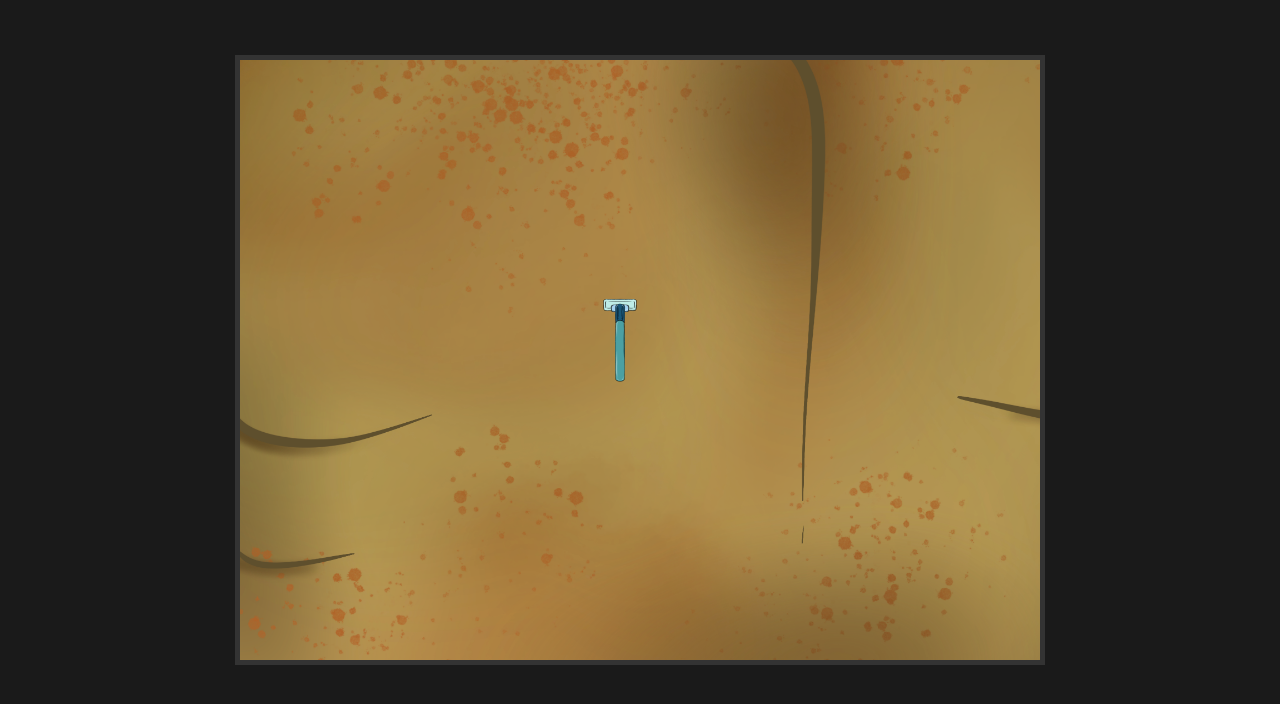
Repository: MaiCrespo/Shave-My-Back
Page: index.html
The author's editor kept a copy of each file at every save. The page is drawn from the files as they stood at one save, then again after the next save.
The browser window is 1280 px wide. The pictures show the whole page.

Above is the page before, as saved 2026-01-26 21:04:58.
Console error: SyntaxError: Identifier 'canvas' has already been declared

### index.html
<!DOCTYPE html>
<html lang="en">
  <head>
    <meta charset="UTF-8" />
    <meta name="viewport" content="width=device-width, initial-scale=1.0" />
    <title>Shave My Back Simulator</title>
    <style>
      body {
        margin: 0;
        display: flex;
        justify-content: center;
        align-items: center;
        height: 100vh;
        background: #1a1a1a;
        cursor: none; /* Hides the default mouse */
        user-select: none;
        overflow: hidden;
      }
      #game-container {
        position: relative;
        width: 800px;
        height: 600px;
        background-image: url("assets/Skin.png"); /* Skin is the bottom layer */
        background-size: cover;
        border: 5px solid #333;
      }
      canvas {
        position: absolute;
        top: 0;
        left: 0;
        z-index: 5;
      }
      #razor {
        position: fixed;
        pointer-events: none;
        width: 100px;
        z-index: 1000;
        transform: translate(-20%, -20%);
      }
      .wound {
        position: absolute;
        pointer-events: none;
        width: 50px;
        z-index: 2; /* Sits on skin, under the hair */
      }
    </style>
  </head>
  <body>
    <img id="razor" src="assets/Razor.png" alt="razor" />

    <div id="game-container">
      <canvas id="hairCanvas"></canvas>
    </div>

    <script src="app.js"></script>
  </body>
</html>

### app.js
const canvas = document.getElementById("gameCanvas");
const ctx = canvas.getContext("2d");
const razor = document.getElementById("razor");

canvas.width = 800; // Match your background image aspect ratio
canvas.height = 600;

const hairImages = [
  "HairOne.png",
  "HairTwo.png",
  "HairThree.png",
  "HairFour.png",
];
const woundImg = new Image();
woundImg.src = "Wound.png";

// 1. Fill the canvas with randomized, overlapping hairs
function initHairs() {
  for (let i = 0; i < 200; i++) {
    const img = new Image();
    img.src = hairImages[Math.floor(Math.random() * hairImages.length)];
    img.onload = () => {
      const x = Math.random() * canvas.width;
      const y = Math.random() * canvas.height;
      ctx.drawImage(img, x, y, 100, 100);
    };
  }
  // Set the blend mode to "erase" for shaving
  ctx.globalCompositeOperation = "destination-out";
}

// 2. Track Mouse/Razor
window.addEventListener("mousemove", (e) => {
  razor.style.left = e.pageX + "px";
  razor.style.top = e.pageY + "px";

  if (e.buttons === 1) {
    // Shave while left-clicking
    shave(e.offsetX, e.offsetY);
  }
});

// 3. Shaving Logic
function shave(x, y) {
  ctx.lineWidth = 40;
  ctx.lineCap = "round";
  ctx.beginPath();
  ctx.moveTo(x, y);
  ctx.lineTo(x, y);
  ctx.stroke();

  // Trigger Wound Logic
  // If user shaves too deep (e.g., clicks/drags in a specific area
  // or stays too long), draw the wound on the background.
  checkInjury(x, y);
}

const canvas = document.getElementById("hairCanvas");
const ctx = canvas.getContext("2d");
const container = document.getElementById("game-container");
const razor = document.getElementById("razor");

canvas.width = 800;
canvas.height = 600;

// Correct paths based on your assets folder
const hairFiles = [
  "assets/HairOne.png",
  "assets/HairTwo.png",
  "assets/HairThree.png",
  "assets/HairFour.png",
];

const shaveMap = {}; // Tracks how many times a spot has been shaved
let imagesLoaded = 0;
const hairImages = [];

// Load all hair images before starting
hairFiles.forEach((src, index) => {
  const img = new Image();
  img.src = src;
  img.onload = () => {
    hairImages[index] = img;
    imagesLoaded++;
    if (imagesLoaded === hairFiles.length) {
      initSimulator();
    }
  };
});

function initSimulator() {
  // Fill the back with randomized, overlapping hairs
  for (let i = 0; i < 500; i++) {
    const img = hairImages[Math.floor(Math.random() * hairImages.length)];
    const x = Math.random() * canvas.width - 40;
    const y = Math.random() * canvas.height - 40;

    ctx.save();
    ctx.translate(x, y);
    ctx.rotate(Math.random() * 0.5 - 0.25); // Slight random tilt
    ctx.drawImage(img, 0, 0, 100, 100);
    ctx.restore();
  }

  // Set "destination-out" to make the razor act as an eraser
  ctx.globalCompositeOperation = "destination-out";
}

// Handle mouse movement and shaving
window.addEventListener("mousemove", (e) => {
  razor.style.left = e.clientX + "px";
  razor.style.top = e.clientY + "px";

  if (e.buttons === 1) {
    // 1 = Left Click
    const rect = canvas.getBoundingClientRect();
    const x = e.clientX - rect.left;
    const y = e.clientY - rect.top;
    performShave(x, y);
  }
});

function performShave(x, y) {
  // Erase the hair
  ctx.beginPath();
  ctx.arc(x, y, 25, 0, Math.PI * 2);
  ctx.fill();

  // Depth Logic: Track "shave pressure"
  // We divide the screen into 10x10 grids to track local shaving
  const gridX = Math.floor(x / 10);
  const gridY = Math.floor(y / 10);
  const key = `${gridX}-${gridY}`;

  shaveMap[key] = (shaveMap[key] || 0) + 1;

  // Trigger wound if user shaves the same spot too much
  // (Essentially "going deeper" than the HairOne stubble level)
  if (shaveMap[key] === 15) {
    triggerWound(x, y);
  }
}

function triggerWound(x, y) {
  const wound = document.createElement("img");
  wound.src = "assets/Wound.png";
  wound.className = "wound";
  wound.style.left = x - 25 + "px";
  wound.style.top = y - 25 + "px";
  container.appendChild(wound);
}

After the next save:
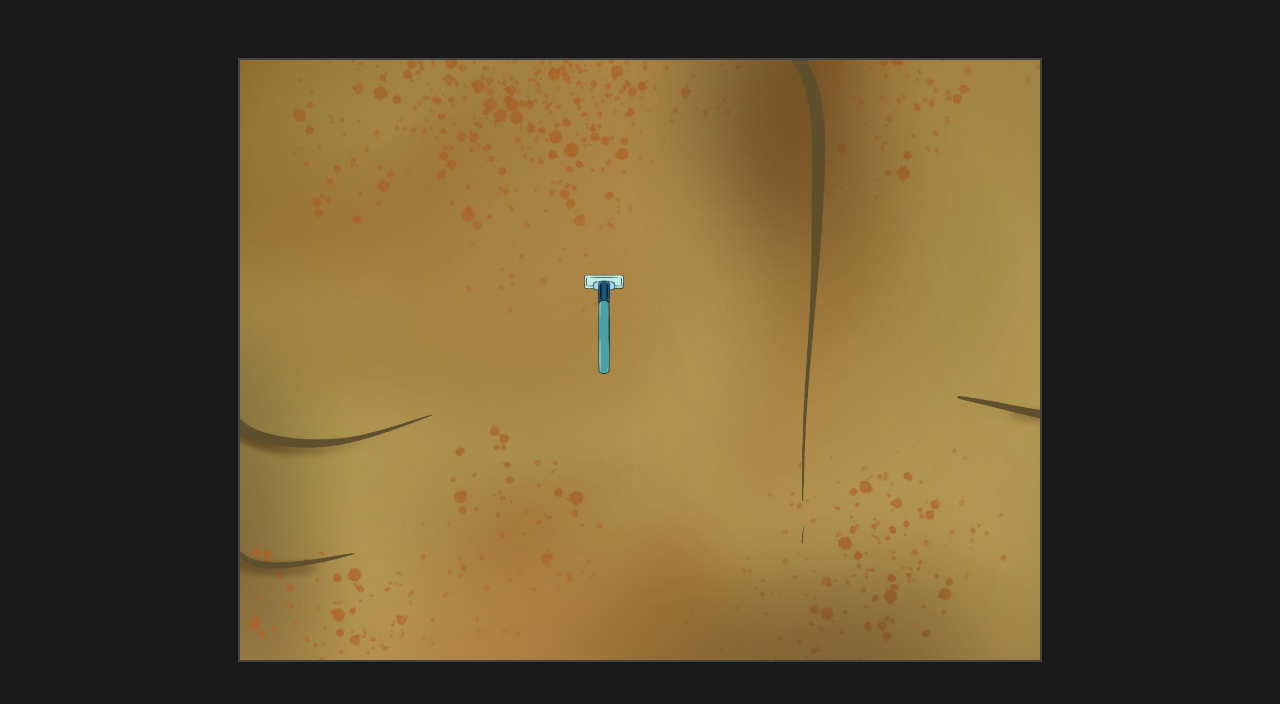
Saved 80 s later.
--- a/index.html
+++ b/index.html
@@ -2,7 +2,6 @@
 <html lang="en">
   <head>
     <meta charset="UTF-8" />
-    <meta name="viewport" content="width=device-width, initial-scale=1.0" />
     <title>Shave My Back Simulator</title>
     <style>
       body {
@@ -12,36 +11,36 @@
         align-items: center;
         height: 100vh;
         background: #1a1a1a;
-        cursor: none; /* Hides the default mouse */
-        user-select: none;
+        cursor: none;
         overflow: hidden;
       }
       #game-container {
         position: relative;
         width: 800px;
         height: 600px;
-        background-image: url("assets/Skin.png"); /* Skin is the bottom layer */
+        /* Pointing to the assets folder */
+        background-image: url("assets/Skin.png");
         background-size: cover;
-        border: 5px solid #333;
+        border: 2px solid #444;
       }
       canvas {
         position: absolute;
         top: 0;
         left: 0;
-        z-index: 5;
+        z-index: 10;
       }
       #razor {
         position: fixed;
         pointer-events: none;
-        width: 100px;
+        width: 120px;
         z-index: 1000;
-        transform: translate(-20%, -20%);
+        transform: translate(-30%, -30%);
       }
       .wound {
         position: absolute;
         pointer-events: none;
-        width: 50px;
-        z-index: 2; /* Sits on skin, under the hair */
+        width: 60px;
+        z-index: 5;
       }
     </style>
   </head>
@@ -49,7 +48,7 @@
     <img id="razor" src="assets/Razor.png" alt="razor" />
 
     <div id="game-container">
-      <canvas id="hairCanvas"></canvas>
+      <canvas id="gameCanvas"></canvas>
     </div>
 
     <script src="app.js"></script>
